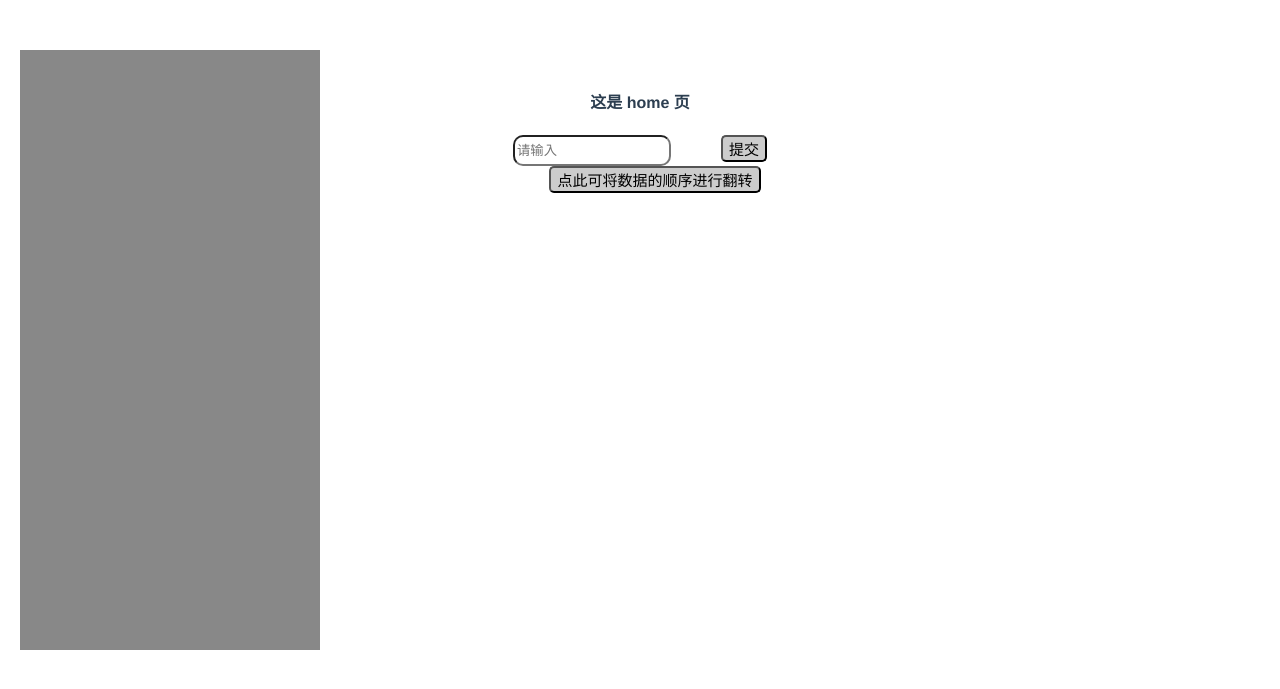
Repository: z-xy-git/demofirst
Page: /
The author's editor kept a copy of each file at every save. The page is drawn from the files as they stood at one save, then again after the next save.
The browser window is 1280 px wide. The pictures show the whole page.
The project was rebuilt for these pictures with package versions that can differ from the ones it lists, and the page was loaded fresh each time.

Above is the page before, as saved 2021-02-25 11:41:58.

### src/App.vue
<template>
  <div id="app">
    <div id="nav">
    </div>
    <router-view/>
  </div>
</template>

<style>
#app {
  font-family: Avenir, Helvetica, Arial, sans-serif;
  -webkit-font-smoothing: antialiased;
  -moz-osx-font-smoothing: grayscale;
  text-align: center;
  color: #2c3e50;
}

#nav {
  padding: 30px;
}

#nav a {
  font-weight: bold;
  color: #2c3e50;
}

#nav a.router-link-exact-active {
  color: #42b983;
}
</style>

### src/views/Home.vue
<template>
  <div class="home">
    <h4>这是 home 页</h4>
    <input type="text" v-model="inputData" placeholder="请输入" class="input-style">
    <button @click="btnclick" class="btn-style">提交</button>
    <div>
      <button @click="reverseItemData" class="btn-style">点此可将数据的顺序进行翻转</button>
    </div>
    <div class="show-data">
      <p class="p" v-for="(item) in inputDataArr" :key="item">{{item}}</p>
    </div>
  </div>
</template>

<script>
// @ is an alias to /src

export default {
  name: 'Home',
  components: {
  },
  data(){
    return{
      inputData: '',
      inputDataArr: []
    }
  },
  methods:{
    btnclick() {
      // this.$router.push('/about');
      console.log(this.inputData);
      // this.$el.querySelector('.p').innerHTML = this.inputData;
      this.inputDataArr.push(this.inputData);
    },
    reverseItemData(){
      this.inputDataArr.reverse;
    }
  }
}
</script>
<style>
  .input-style{
    margin-right: 20px;
    outline: none;
    border-radius: 10px;
    width: 150px;
    height: 25px;
  }
  .btn-style{
    margin-left: 30px;
    outline: none;
    border-radius: 5px;
    background-color: #ccc;
    font-size: 15px;
  }
  .show-data{
    position: absolute;
    left: 20px;
    top: 50px;
    width: 300px;
    height: 600px;
    background-color: #888;
    color: #fff;
  }
</style>

Loaded but not shown: public/index.html (common file); src/main.js (common file); src/router/index.js (common file); src/store/index.js (common file)

After the next save:
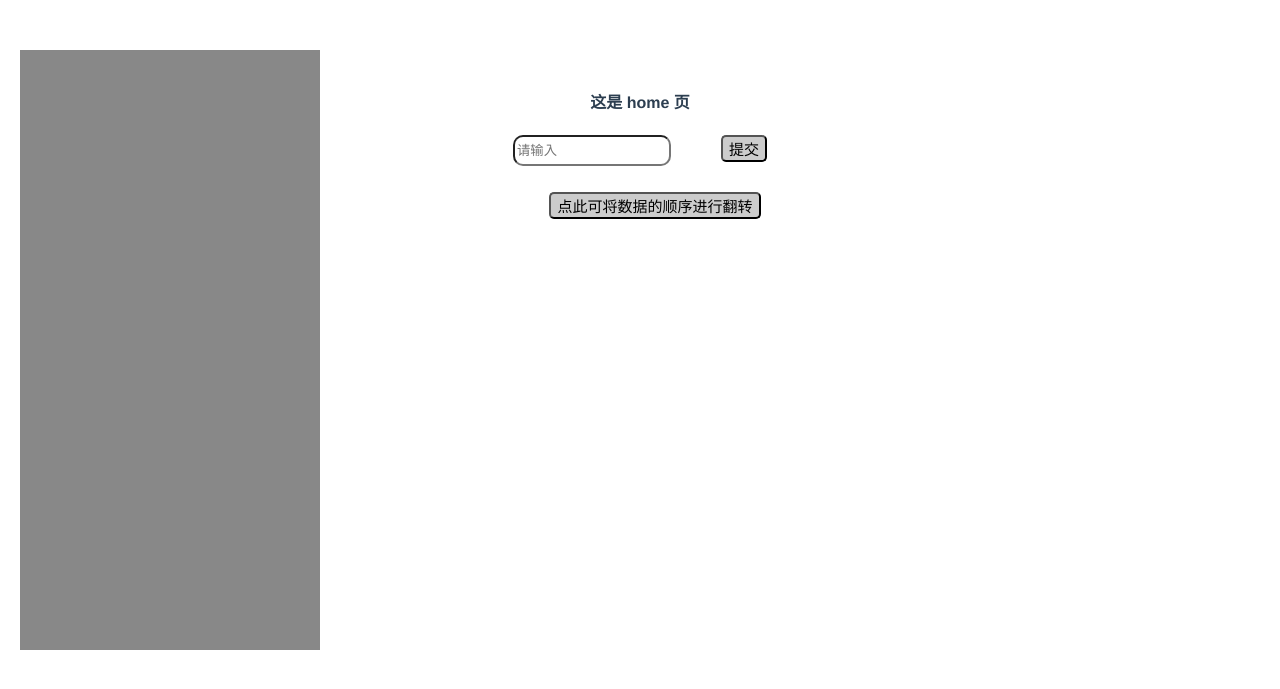
Saved 68 s later.
--- a/src/views/Home.vue
+++ b/src/views/Home.vue
@@ -47,7 +47,7 @@ export default {
     height: 25px;
   }
   .btn-style{
-    margin-left: 30px;
+    margin: 0 0 30px 30px;
     outline: none;
     border-radius: 5px;
     background-color: #ccc;
